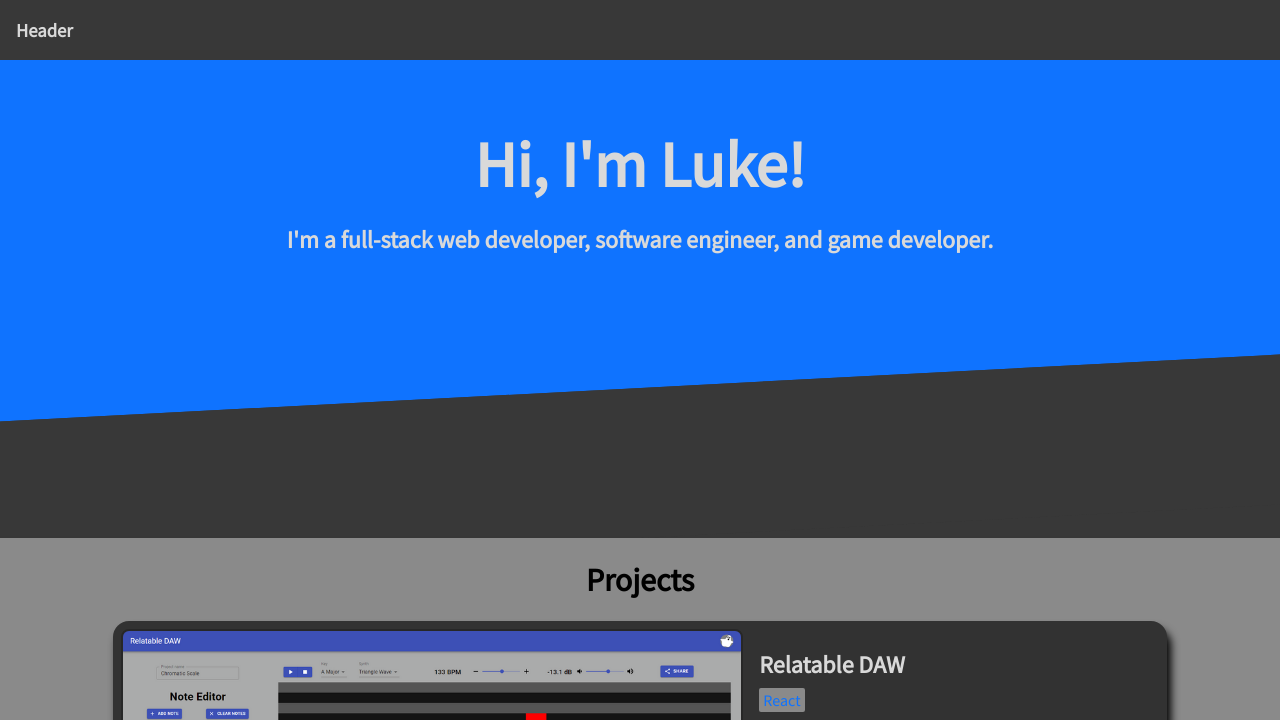
Repository: lbodwell/Personal-Website
Page: index.html
These files come from the project's save history. The page is drawn as it stood at one moment and after the next save; the edit follows.
The browser window is 1280 px wide. The pictures show the whole page.
An inner scrolling area shows only its first screen.

Above is the page before, as saved 2022-04-04 19:39:14.

### index.html
<!DOCTYPE html>
<html lang="en">
    <head>
        <meta charset="UTF-8">
        <meta http-equiv="X-UA-Compatible" content="IE=edge">
        <meta name="viewport" content="width=device-width, initial-scale=1.0">
        <title>Luke Bodwell</title>
        <script type="text/javascript" src="script.js" defer></script>
        <link rel="stylesheet" href="styles.css">
    </head>
    <body>
        <header>
            <h3>Header</h3>
        </header>
        <content>
            <div class="intro">
                <h1>Hi, I'm Luke!</h1>
                <h2>I'm a full-stack web developer, software engineer, and game developer.</h2>
            </div>
            <div class="projects-container">
                <h1>Projects</h1>
                <div class="projects">
                    <div class="project project-img-left">
                        <div class="project-image">
                            <img src="images/relatable-daw.png"></img>
                        </div>
                        <div class="project-info">
                            <div class="project-title">
                                <h2>Relatable DAW</h2>
                                <div class="project-tags">
                                    <div class="project-tag">
                                        <p>React</p>
                                    </div>
                                </div>
                                <div class="project-types">
                                    <!-- Code icon -->
                                    <svg style="width:32px;height:32px" viewBox="0 0 24 24">
                                        <path fill="currentColor" d="M8,3A2,2 0 0,0 6,5V9A2,2 0 0,1 4,11H3V13H4A2,2 0 0,1 6,15V19A2,2 0 0,0 8,21H10V19H8V14A2,2 0 0,0 6,12A2,2 0 0,0 8,10V5H10V3M16,3A2,2 0 0,1 18,5V9A2,2 0 0,0 20,11H21V13H20A2,2 0 0,0 18,15V19A2,2 0 0,1 16,21H14V19H16V14A2,2 0 0,1 18,12A2,2 0 0,1 16,10V5H14V3H16Z" />
                                    </svg>
                                    <!-- Audio icon -->
                                    <svg style="width:32px;height:32px" viewBox="0 0 24 24">
                                        <path fill="currentColor" d="M14,3.23V5.29C16.89,6.15 19,8.83 19,12C19,15.17 16.89,17.84 14,18.7V20.77C18,19.86 21,16.28 21,12C21,7.72 18,4.14 14,3.23M16.5,12C16.5,10.23 15.5,8.71 14,7.97V16C15.5,15.29 16.5,13.76 16.5,12M3,9V15H7L12,20V4L7,9H3Z" />
                                    </svg>
                                </div>
                            </div>
                            <p>Project description goes here. Lorem ipsum dolor sit amet consectetur adipisicing elit. Maxime mollitia,
                                molestiae quas vel sint commodi repudiandae consequuntur voluptatum laborum
                                numquam blanditiis harum quisquam eius sed odit fugiat iusto fuga praesentium
                                optio, eaque rerum! Provident similique accusantium nemo autem.</p>
                            <div class="project-links">
                                <a class="btn" id="btn-demo-proj1" href="https://relatable-daw.com" target="_blank">Live Demo</a>
                                <a class="btn" id="btn-video-proj1" href="https://drive.google.com/file/d/1R21yoplPYTj6aw2hVH3COGZ260A-Z0TO/view" target="_blank">Video</a>
                                <a class="btn" id="btn-code-proj1" href="https://github.com/lbodwell/Relatable-DAW" target="_blank">Code</a>
                            </div>
                        </div>
                    </div>
                    <div class="project project-img-right">
                        <div class="project-info">
                            <div class="project-title">
                                <h2>GeoBlade</h2>
                                <div class="project-types">
                                    <!-- Code icon -->
                                    <svg style="width:32px;height:32px" viewBox="0 0 24 24">
                                        <path fill="currentColor" d="M8,3A2,2 0 0,0 6,5V9A2,2 0 0,1 4,11H3V13H4A2,2 0 0,1 6,15V19A2,2 0 0,0 8,21H10V19H8V14A2,2 0 0,0 6,12A2,2 0 0,0 8,10V5H10V3M16,3A2,2 0 0,1 18,5V9A2,2 0 0,0 20,11H21V13H20A2,2 0 0,0 18,15V19A2,2 0 0,1 16,21H14V19H16V14A2,2 0 0,1 18,12A2,2 0 0,1 16,10V5H14V3H16Z" />
                                    </svg>
                                    <!-- Game icon -->
                                    <svg style="width:32px;height:32px" viewBox="0 0 24 24">
                                        <path fill="currentColor" d="M7.97,16L5,19C4.67,19.3 4.23,19.5 3.75,19.5A1.75,1.75 0 0,1 2,17.75V17.5L3,10.12C3.21,7.81 5.14,6 7.5,6H16.5C18.86,6 20.79,7.81 21,10.12L22,17.5V17.75A1.75,1.75 0 0,1 20.25,19.5C19.77,19.5 19.33,19.3 19,19L16.03,16H7.97M7,8V10H5V11H7V13H8V11H10V10H8V8H7M16.5,8A0.75,0.75 0 0,0 15.75,8.75A0.75,0.75 0 0,0 16.5,9.5A0.75,0.75 0 0,0 17.25,8.75A0.75,0.75 0 0,0 16.5,8M14.75,9.75A0.75,0.75 0 0,0 14,10.5A0.75,0.75 0 0,0 14.75,11.25A0.75,0.75 0 0,0 15.5,10.5A0.75,0.75 0 0,0 14.75,9.75M18.25,9.75A0.75,0.75 0 0,0 17.5,10.5A0.75,0.75 0 0,0 18.25,11.25A0.75,0.75 0 0,0 19,10.5A0.75,0.75 0 0,0 18.25,9.75M16.5,11.5A0.75,0.75 0 0,0 15.75,12.25A0.75,0.75 0 0,0 16.5,13A0.75,0.75 0 0,0 17.25,12.25A0.75,0.75 0 0,0 16.5,11.5Z" />
                                    </svg>
                                    <!-- Audio icon -->
                                    <svg style="width:32px;height:32px" viewBox="0 0 24 24">
                                        <path fill="currentColor" d="M14,3.23V5.29C16.89,6.15 19,8.83 19,12C19,15.17 16.89,17.84 14,18.7V20.77C18,19.86 21,16.28 21,12C21,7.72 18,4.14 14,3.23M16.5,12C16.5,10.23 15.5,8.71 14,7.97V16C15.5,15.29 16.5,13.76 16.5,12M3,9V15H7L12,20V4L7,9H3Z" />
                                    </svg>
                                </div>
                            </div>
                            <p>Project description goes here. Lorem ipsum dolor sit amet consectetur adipisicing elit. Maxime mollitia,
                                molestiae quas vel sint commodi repudiandae consequuntur voluptatum laborum
                                numquam blanditiis harum quisquam eius sed odit fugiat iusto fuga praesentium
                                optio, eaque rerum! Provident similique accusantium nemo autem.</h>
                            <div class="project-links">
                                <a class="btn" id="btn-download-proj2">Download</a>
                                <a class="btn" id="btn-video-proj2">Video</a>
                                <a class="btn" id="btn-code-proj2">Code</a>
                            </div>
                        </div>
                        <div class="project-image">
                            <img src="images/relatable-daw.png"></img>
                        </div>
                    </div>
                    <div class="project project-img-left">
                        <div class="project-image">
                            <img src="images/relatable-daw.png"></img>
                        </div>
                        <div class="project-info">
                            <div class="project-title">
                                <h2>Example project 3</h2>
                                <div class="project-types">
                                    <!-- Code icon -->
                                    <svg style="width:32px;height:32px" viewBox="0 0 24 24">
                                        <path fill="currentColor" d="M8,3A2,2 0 0,0 6,5V9A2,2 0 0,1 4,11H3V13H4A2,2 0 0,1 6,15V19A2,2 0 0,0 8,21H10V19H8V14A2,2 0 0,0 6,12A2,2 0 0,0 8,10V5H10V3M16,3A2,2 0 0,1 18,5V9A2,2 0 0,0 20,11H21V13H20A2,2 0 0,0 18,15V19A2,2 0 0,1 16,21H14V19H16V14A2,2 0 0,1 18,12A2,2 0 0,1 16,10V5H14V3H16Z" />
                                    </svg>
                                </div>
                            </div>
                            <p>Project description goes here. Lorem ipsum dolor sit amet consectetur adipisicing elit. Maxime mollitia,
                                molestiae quas vel sint commodi repudiandae consequuntur voluptatum laborum
                                numquam blanditiis harum quisquam eius sed odit fugiat iusto fuga praesentium
                                optio, eaque rerum! Provident similique accusantium nemo autem.</h>
                            <div class="project-links">
                                <a class="btn" id="btn-demo-proj3">Live Demo</a>
                                <a class="btn" id="btn-video-proj3">Video</a>
                                <a class="btn" id="btn-code-proj3">Code</a>
                            </div>
                        </div>
                    </div>
                </div>
                <a id="see-more-projects" href="#">See more</a>
            </div>
            <div class="skills">
                <h1>Skills</h1>
                <div class="skills">
                </div>
            </div>
        </content>
        <footer>
            <h3>Footer</h5>
        </footer>
    </body>
</html>

### styles.css
@import url("https://fonts.googleapis.com/css2?family=Source+Sans+Pro&display=swap");

html {
    font-family: "Source Sans Pro", sans-serif;
    background-color: #383838;
}

html, body {
    width: 100%;
    height: 100%;
    margin: 0;
    max-width: 100%;
    overflow-x: hidden;
}

h2, h3, h4, h5, h6, p, svg {
    color: rgb(217, 217, 217);
}

header {
    margin-left: 1rem;
}

content {
    display: flex;
    flex-direction: column;
    align-items: center;
}

.intro {
    color: rgb(217, 217, 217);
    position: relative;
    text-align: center;
    background-color: #0f73ff;
    padding: 4rem;
    width: 100%;
    height: 250px;
    margin-bottom: 100px;
}

.intro > h1 {
    font-size: 64px;
    margin: 0;
}

.intro::before, .intro::after {
    content: "";
    position: absolute;
    height: 150px;
    bottom: -100px;
    right: 0;
    left: 0;
    background: #383838;
    transform: skewY(-3deg);
}

.projects-container {
    text-align: center;
    background-color: rgb(138, 138, 138);
    padding: 0 64rem 2rem 64rem;
    filter: drop-shadow(4px 8px 4px black);
}

.projects {
    display: grid;
    grid-template-columns: 1fr;
}

.project {
    display: flex;
    gap: 16px;
    width: auto;
    height: 300px;
    margin-bottom: 1rem;
    padding: 0.5rem;
    background-color: #323232;
    border-radius: 16px;
    filter: drop-shadow(4px 8px 4px black);
}

.project-info {
    display: flex;
    flex-direction: column;
    width: 400px;
    border:
}

.project-img-left > .project-info {
    align-items: flex-start;
    text-align: left;
}

.project-img-right > .project-info {
    align-items: flex-end;
    text-align: right;
}

.project-title {
    display: flex;
    flex-direction: column;
    align-items: flex-start;
}

.project-title > h2 {
    margin-bottom: 0;
}

.project-types {
    display: flex;
    flex-direction: row;
    gap: 8px;
}

.project-tags {
    display: grid;
    grid-template-columns: repeat(4, 1fr);
}

.project-tag {
    margin: 8px 0;
}

.project-tag > p {
    margin: 0;
    padding: 2px 4px;
    color: #0f73ff;
    background-color: #8a8a8a;
    border-radius: 2px;
}

.project-img-left .project-types {
    justify-content: flex-start;
}

.project-img-right .project-types {
    justify-content: flex-end;
}

.project-links {
    display: flex;
    flex-direction: row;
    gap: 4px;
}

.btn {
    font-weight: bolder;
    background-color: #0f73ff;
    color: rgb(217, 217, 217);
    border-radius: 8px;
    filter: drop-shadow(2px 4px 2px black);
    padding: 0.25rem 1rem;
    border: 1px solid #272727;
    text-decoration: none;
}

.btn:hover {
    background-color: #0c4eac;
    cursor: pointer;
}

.project img {
    width: auto;
    height: 100%;
    border: 2px solid #272727;
    border-radius: 8px;
}

footer {
    margin: 1rem;
}

Loaded but not shown: script.js (common file)

After the next save:
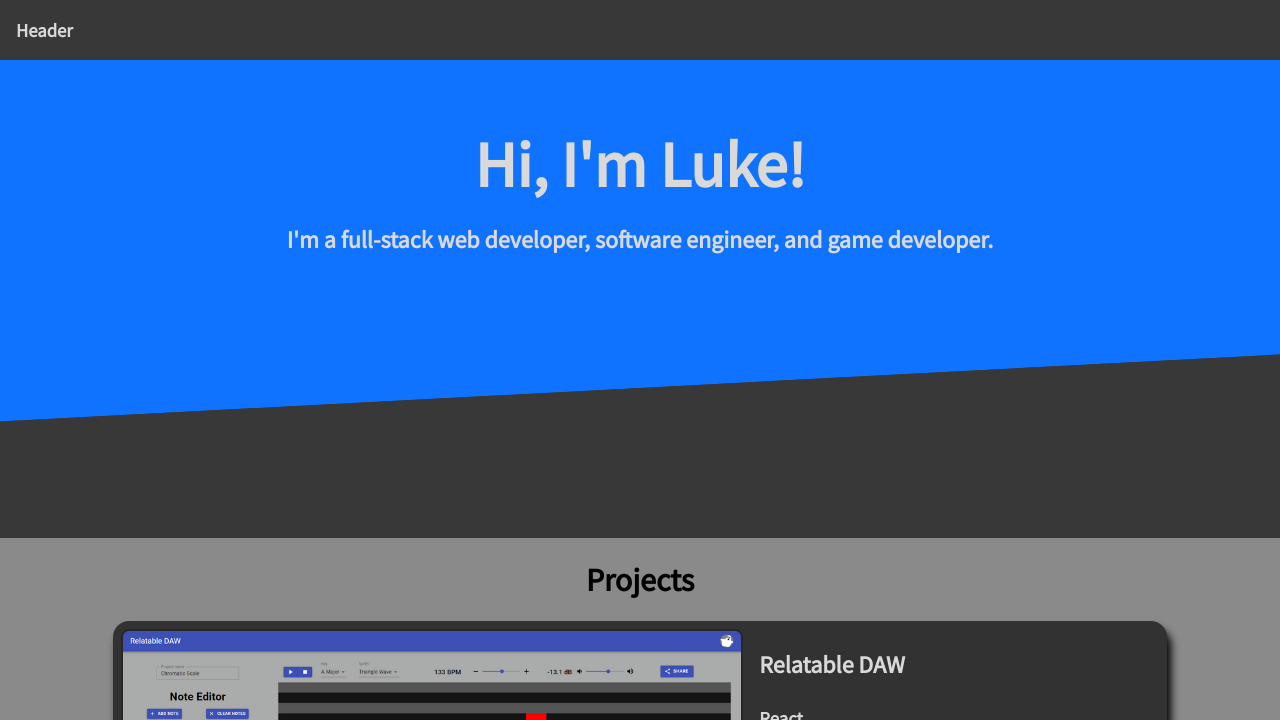
Saved 16 s later.
--- a/index.html
+++ b/index.html
@@ -29,7 +29,7 @@
                                 <h2>Relatable DAW</h2>
                                 <div class="project-tags">
                                     <div class="project-tag">
-                                        <p>React</p>
+                                        <h3>React</h3>
                                     </div>
                                 </div>
                                 <div class="project-types">
